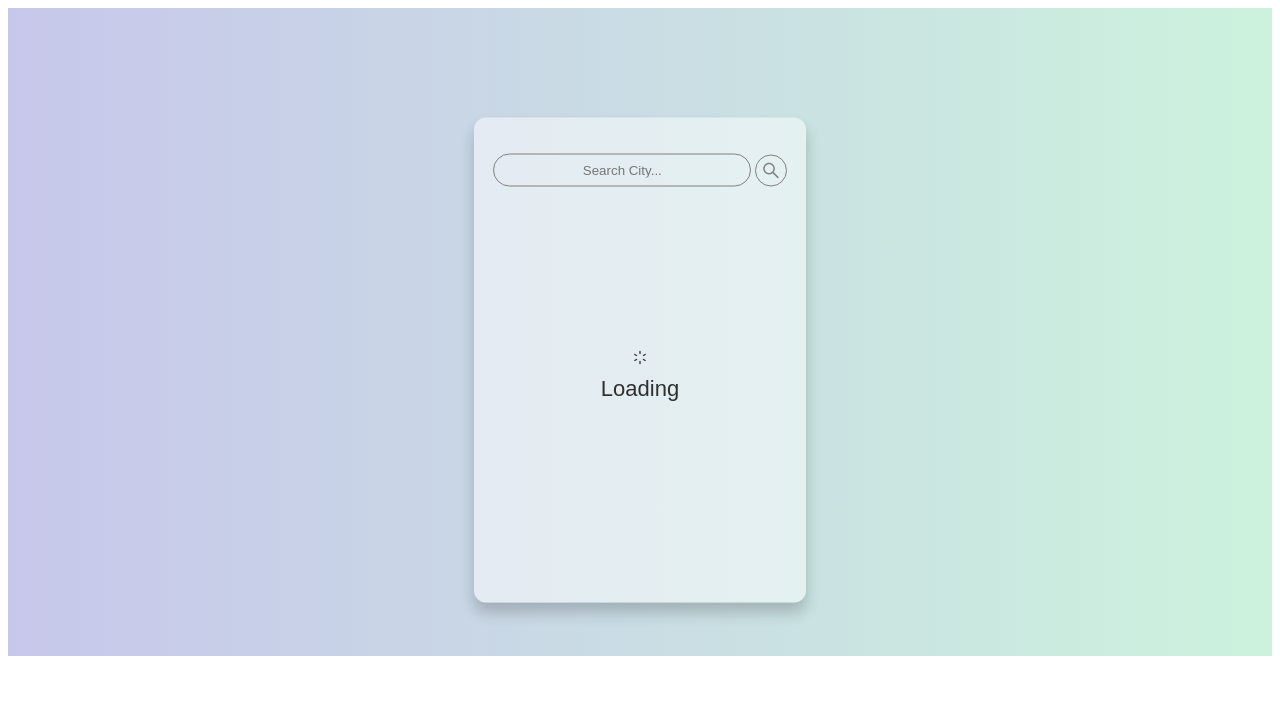
Repository: vaishnavik94/WeatherAPP
Page: /
An editor plug-in stored every save of this project. The page is shown before and after the next save, followed by the edit.
The browser window is 1280 px wide. The pictures show the whole page.
The page's requests for data from a server got no answer. The project was rebuilt for these pictures with package versions that can differ from the ones it lists, and the page was loaded fresh each time. No one was signed in, and anything a server would have sent is missing.

Above is the page before, as saved 2024-04-18 16:28:37.

After the next save:
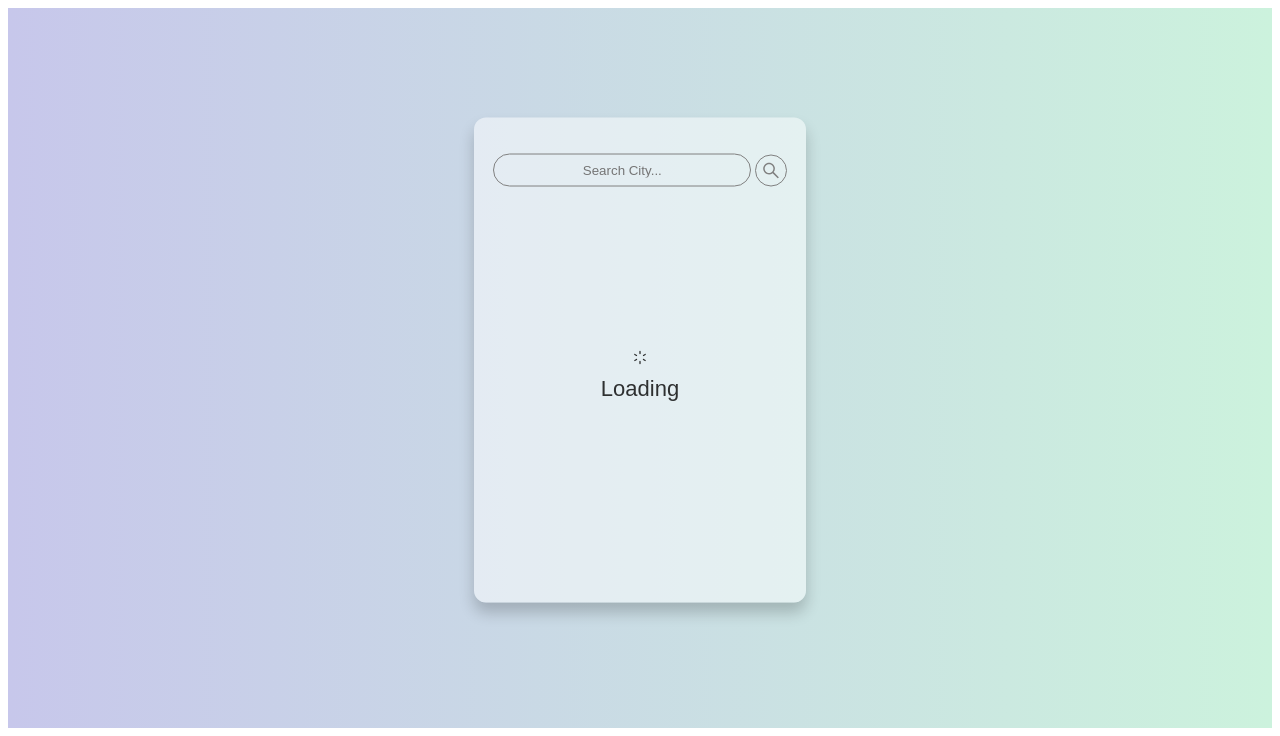
Saved 20 s later.
--- a/src/components/styles.module.ts
+++ b/src/components/styles.module.ts
@@ -2,7 +2,7 @@ import styled from "styled-components";
 
 
 export const MainWrapper = styled.div`
-height: 90vh;
+height: 100vh;
 background: linear-gradient(to right, #c7c7eb, #ccf2dd);
 .container {
 background-color: #ffffff7d;
